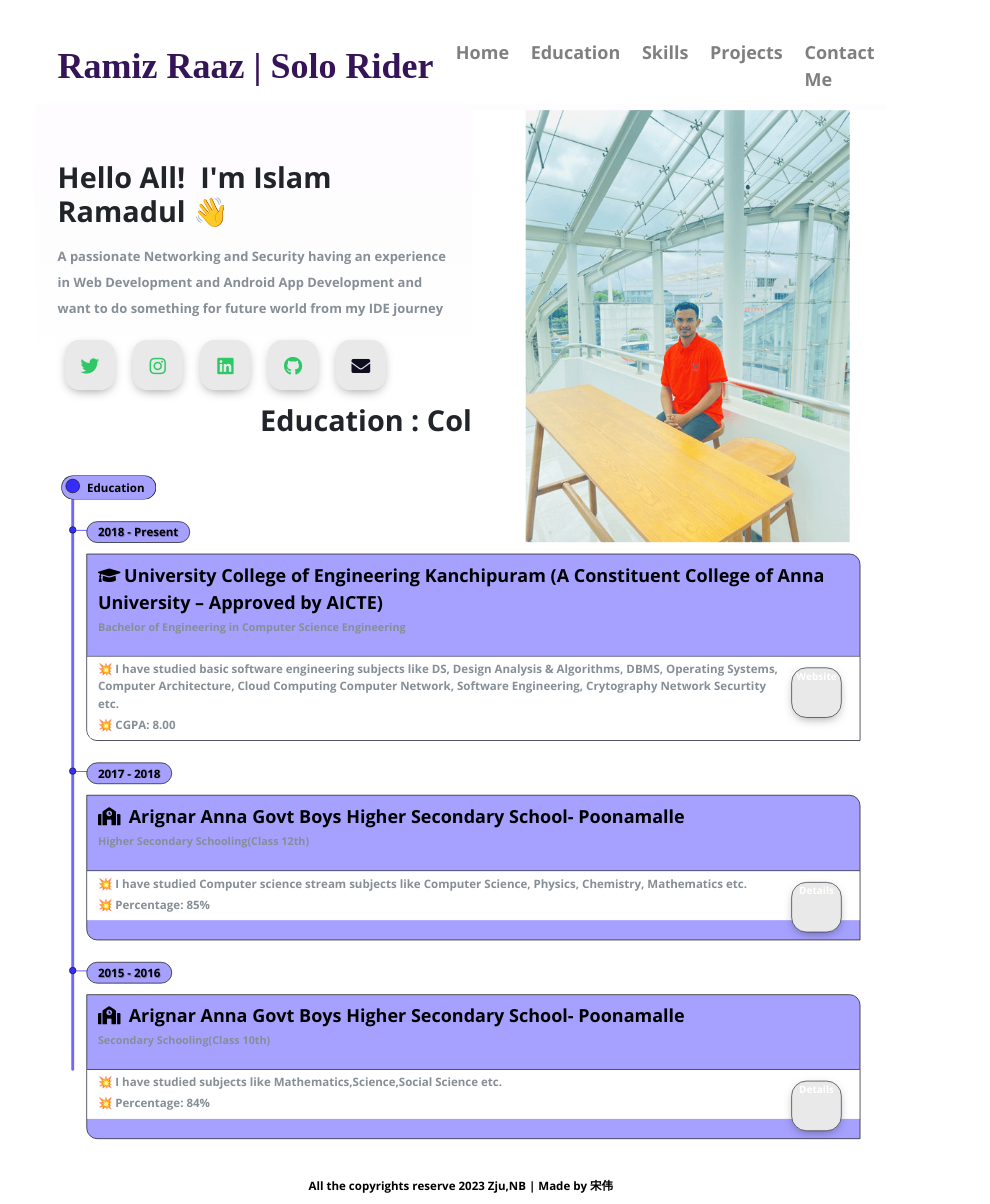
Repository: ramizraaz/ZjuProtfolio
Page: index.html
An editor plug-in stored every save of this project. The page is shown before and after the next save, followed by the edit.
The browser window is 1280 px wide. The page is 1280 px wide, then 1375 px, then 1280 px, so the pictures cover 1375 px, including what lies to the right of the window. The pictures show the whole page, at 72% of full size.
Some web fonts or font styles are not loaded; a fallback is used. Some web libraries are served in a nearby version.

Above is the page before, as saved 2023-10-08 16:57:17.

### index.html
<!DOCTYPE html>
<html lang="en" dir="ltr">

<head>
    <meta charset="utf-8">
    <meta name="viewport" content="width=device-width,initial-scale=1">
    <title>宋伟's Profile | Personal website</title>
    <link rel="icon" href="Image/RR.png">
    <link rel="stylesheet" href="https://stackpath.bootstrapcdn.com/bootstrap/4.5.0/css/bootstrap.min.css" integrity="sha384-9aIt2nRpC12Uk9gS9baDl411NQApFmC26EwAOH8WgZl5MYYxFfc+NcPb1dKGj7Sk" crossorigin="anonymous">
    <link rel="stylesheet" href="style.css">
    <link href="https://fonts.googleapis.com/css2?family=Arizonia&family=Montserrat:wght@400;800&display=swap" rel="stylesheet">
    <link href="https://fonts.googleapis.com/css2?family=Open+Sans:wght@700&display=swap" rel="stylesheet">
    <link rel="stylesheet" href="https://use.fontawesome.com/releases/v5.4.1/css/all.css" />
    <link rel="stylesheet" href="https://cdnjs.cloudflare.com/ajax/libs/font-awesome/5.13.1/css/all.min.css">
    <script src="https://code.jquery.com/jquery-3.5.1.slim.min.js" integrity="sha384-DfXdz2htPH0lsSSs5nCTpuj/zy4C+OGpamoFVy38MVBnE+IbbVYUew+OrCXaRkfj" crossorigin="anonymous"></script>
    <script src="https://cdn.jsdelivr.net/npm/popper.js@1.16.0/dist/umd/popper.min.js" integrity="sha384-Q6E9RHvbIyZFJoft+2mJbHaEWldlvI9IOYy5n3zV9zzTtmI3UksdQRVvoxMfooAo" crossorigin="anonymous"></script>
    <script src="https://stackpath.bootstrapcdn.com/bootstrap/4.5.0/js/bootstrap.min.js" integrity="sha384-OgVRvuATP1z7JjHLkuOU7Xw704+h835Lr+6QL9UvYjZE3Ipu6Tp75j7Bh/kR0JKI" crossorigin="anonymous"></script>
</head>

<body class="container-fluid body_section">
    <header>
        <nav class="navbar navbar-expand-lg navbar-light ">
            <a class="navbar-brand brand-name" href="#">Ramiz Raaz | Solo Rider</a>
            <button class="navbar-toggler" type="button" data-toggle="collapse" data-target="#navbarSupportedContent" aria-controls="navbarSupportedContent" aria-expanded="false" aria-label="Toggle navigation">
                  <span class="navbar-toggler-icon"></span>
                </button>
            <div class="collapse navbar-collapse" id="navbarSupportedContent">
                <ul class="navbar-nav ml-auto">
                    <li class="nav-item">
                        <a class="nav-link headerachor" href="index.html">Home</a>
                    </li>

                    <li class="nav-item">
                        <a class="nav-link headerachor" href="">Education</a>
                    </li>
                    <li class="nav-item">
                        <a class="nav-link headerachor" href="">Skills</a>
                    </li>
                    <li class="nav-item">
                        <a class="nav-link headerachor" href="">Projects</a>
                    </li>
                    <li class="nav-item">
                        <a class="nav-link headerachor" href="">Contact Me</a>
                    </li>
                </ul>
        </nav>
    </header>
    <!-- Intro Section -->
    <section id="Home">
        <div class="row column1">
            <div class="col-lg-6 col-md-6 first-image">
                <img class="boyimage" src="img/me.gif" alt="">
            </div>
            <div class="col-lg-6 section-1">
                <h1 class="Hello">Hello All!&nbsp&nbspI'm Islam Ramadul <span class="wave">👋</span></h1>
                <p>A passionate Networking and Security having an experience in Web Development and Android App Development and want to do something for future world from my IDE journey</p>
                <div class=social_media_icon>
                    <a class="btn" href="https://twitter.com/ramiz_raaz" target=_blank>
                        <i class="fab fa-twitter"></i>
                    </a>
                    <a class="btn" href="https://www.instagram.com/ramiz_raaz/" target=_blank>
                        <i class="fab fa-instagram"></i>
                    </a>
                    <a class="btn" href="https://www.linkedin.com/" target=_blank>
                        <i class="fab fa-linkedin" aria-hidden="true"></i>
                    </a>
                    <a class="btn" href="https://github.com/ramizraaz" target=_blank>
                        <i class="fab fa-github"></i>
                    </a>
                    <a class="btn" href="mailto:romiz.romeo.raaz@gmail.com/" target=_blank>
                        <i class="fa fa-envelope"></i>
                    </a>
                </div>
            </div>
    </section>
    <!-- Education Section -->
    <section>
        <div class="container">
            <div class="Heading">
                <h1>Education : College & School</h1>
                <br>
            </div>
            <div class="timeline">
                <div class="timeline-month">
                    Education
                </div>
                <div class="timeline-section">
                    <div class="timeline-date">
                        2018 - Present
                    </div>
                    <div class="row">
                        <div class="col-lg">
                            <div class="timeline-box">
                                <div class="box-title">
                                    <i class="fas fa-graduation-cap" aria-hidden="true"></i>University College of Engineering Kanchipuram (A Constituent College of Anna University – Approved by AICTE)
                                    <p class="degree">Bachelor of Engineering in Computer Science Engineering</p>
                                </div>
                                <div class="box-content">
                                    <a class="btn btn-sm btn-dark float-right" role="button" href="http://www.aucek.in/" target=_blank style="color: white;">Website</a>
                                    <div class="box-item">💥 I have studied basic software engineering subjects like DS, Design Analysis & Algorithms, DBMS, Operating Systems, Computer Architecture, Cloud Computing Computer Network, Software Engineering, Crytography Network
                                        Securtity etc.</div>
                                    <div class="box-item"><b>💥 CGPA</b>: 8.00</div>
                                </div>
                            </div>
                        </div>
                    </div>
                </div>

                <div class="timeline-section">
                    <div class="timeline-date">
                        2017 - 2018
                    </div>
                    <div class="row">
                        <div class="col-lg">
                            <div class="timeline-box">
                                <div class="box-title">
                                    <i class="fas fa-school" aria-hidden="true"></i> Arignar Anna Govt Boys Higher Secondary School- Poonamalle
                                    <p class="degree">Higher Secondary Schooling(Class 12th)</p>
                                </div>
                                <div class="box-content">
                                    <a class="btn btn-sm btn-dark float-right" role="button" style="color: white;">Details</a>
                                    <div class="box-item">💥 I have studied Computer science stream subjects like Computer Science, Physics, Chemistry, Mathematics etc. </div>
                                    <div class="box-item"><b>💥 Percentage</b>: 85%</div>

                                </div>
                            </div>
                        </div>
                    </div>
                </div>

                <div class="timeline-section">
                    <div class="timeline-date">
                        2015 - 2016
                    </div>
                    <div class="row">
                        <div class="col-lg">
                            <div class="timeline-box">
                                <div class="box-title">
                                    <i class="fas fa-school" aria-hidden="true"></i> Arignar Anna Govt Boys Higher Secondary School- Poonamalle
                                    <p class="degree"> Secondary Schooling(Class 10th) </p>
                                </div>
                                <div class="box-content">
                                    <a class="btn btn-sm btn-dark float-right" role="button" style="color: white;">Details</a>
                                    <div class="box-item">💥 I have studied subjects like Mathematics,Science,Social Science etc. </div>
                                    <div class="box-item"><b>💥 Percentage</b>: 84%</div>

                                </div>
                            </div>
                        </div>
                    </div>
                </div>
            </div>
        </div>
    </section>

    </form>
    <footer class=footer>All the copyrights reserve 2023 Zju,NB | Made by 宋伟</footer>
</body>

</html>

### style.css
body {
    font-family: 'Open Sans', sans-serif;
    margin: 0;
}

.body_section {
    padding: 3% 5% 1%;
}

p {
    font-size: 18px;
}

a {
    text-decoration: none;
}

@font-face {
    font-family: "Lovely Home";
    src: local('Lovely Home'), url("Image/LovelyHome-9aBZ.ttf") format('truetype');
}

.brand-name,
.navbar-light .navbar-brand {
    font-family: "Lovely Home";
    font-size: 50px;
    font-weight: bold;
    color: #075786;
}

.headerachor {
    color: black;
    margin: 0 7px 0 7px;
    border-radius: 20px;
    font-size: 25px;
}

.headerachor:hover {
    background-color: #8c8a8a;
}


/* Section 1 */

.column1 {
    background-image: linear-gradient(#fefcfe, #ffffff);
    padding: 8px 16px;
}

.section-1 {
    margin-top: 6%;
    text-align: left;
    position: relative;
}

span.wave {
    animation-name: wave-animation;
    animation-duration: 2.5s;
    animation-iteration-count: infinite;
    transform-origin: 70% 70%;
    display: inline-block;
}

@keyframes wave-animation {
    0% {
        transform: rotate( 0.0deg)
    }
    10% {
        transform: rotate(-10.0deg)
    }
    20% {
        transform: rotate( 12.0deg)
    }
    30% {
        transform: rotate(-10.0deg)
    }
    40% {
        transform: rotate( 9.0deg)
    }
    50% {
        transform: rotate( 0.0deg)
    }
    100% {
        transform: rotate( 0.0deg)
    }
}

.first-image {
    position: absolute;
    right: 0;
}

.boyimage {
    height: 50%;
}

@media only screen and (max-width: 1183px) {
    .first-image {
        right: 160px;
    }
}

.boy {
    width: 100%;
    height: 100%;
    animation: bounce 1.2s;
    animation-direction: alternate;
    animation-iteration-count: infinite;
}

@keyframes bounce {
    from {
        transform: translate3d(0, 0, 0);
    }
    to {
        transform: translate3d(0, 20px, 0);
    }
}

.Image-boy {
    text-align: center;
    align-items: center;
}

@media only screen and (min-width:951px) {
    .Image-boy {
        display: none;
    }
}

.Hello {
    margin-bottom: 20px;
}

p {
    line-height: 2;
    color: #868e96;
}

.btn {
    display: inline-block;
    width: 4.37rem;
    height: 4.37rem;
    background: #e9e9e9;
    padding: 0px 0px;
    margin: 10px;
    border-radius: 30%;
    box-shadow: 0 5px 15px -5px #00000070;
    color: #0f0d20;
    overflow: hidden;
    position: relative;
}

.btn i {
    line-height: 70px;
    font-size: 1.625rem;
    transition: 0.2s linear;
}

.btn:hover i {
    transform: scale(1.3);
    color: #f1f1f1;
}

.btn::before {
    content: "";
    position: absolute;
    width: 120%;
    height: 120%;
    background: #46088d;
    transform: rotate(45deg);
    left: -110%;
    top: 90%;
}

.btn:hover::before {
    animation: aaa 0.7s 1;
    top: -10%;
    left: -10%;
}

@media only screen and (max-width:470px) {
    .btn {
        width: 2.5rem;
        height: 2.5rem;
        margin: 7px;
    }
    .btn i {
        line-height: 40px;
        font-size: 1em;
    }
}

#Whatido {
    text-align: center;
    padding-top: 7%;
}


/* Section 2 */

.feature-1 {
    padding-top: 5%;
    text-align: center;
}

.feature-2 {
    padding-top: 5%;
    text-align: center;
}

.feature-3 {
    padding-top: 5%;
    padding-bottom: 20px;
    text-align: center;
}

.Feature-Heading {
    font-family: "Montserrat";
    font-weight: 300;
}

.Feature-first-image {
    padding: 0 2% 10%;
}

.Feature-second-image {
    padding: 5% 2% 0;
}

.Feature-svg-image {
    width: 100%;
    height: 100%;
}

.Feature-svg-image-3 {
    width: 84%;
    height: 84%;
}

.dev-icon {
    list-style: none;
    display: inline;
    padding: 0%;
}

.numpy {
    max-width: 100%;
    width: 30%;
    height: 30%;
    padding-bottom: 7%;
}

.pandas {
    max-width: 100%;
    max-height: 100%;
    width: 23%;
    height: 15%;
    padding-bottom: 7%;
    padding-left: 0;
}

li {
    display: inline;
}

.Data-Analytic {
    text-align: left;
}

.Features-paragraph {
    margin-top: 8px;
    margin-bottom: 8px;
}

@media only screen and (max-width: 764px) {
    .feature-2 {
        display: flex;
        flex-direction: column;
    }
    .feature-web {
        order: 2;
    }
    .brand-name,
    .navbar-light .navbar-brand {
        /* font-family: "Brush Script MT"; */
        /* margin-bottom: 3px; */
        font-family: "Lovely Home";
        font-size: 40px;
        font-weight: bold;
        color: #351458;
    }
}

@media only screen and (max-width: 991px) and (min-width: 951px) {
    .section-1 {
        margin-top: auto;
        padding-right: 400px;
    }
}

@media only screen and (max-width: 950px) {
    body,
    html {
        text-align: center;
        font-size: 16px;
        line-height: normal;
    }
    .Hello {
        margin-bottom: 10px;
    }
    h1 {
        font-size: 25px;
    }
    p {
        font-size: 15px;
        line-height: normal;
    }
    .section-1 {
        text-align: center;
    }
    .first-image {
        display: none;
    }
    .pandas {
        width: 23%;
        height: 15%;
    }
}

footer {
    padding-top: 2%;
    color: #868e96;
    text-align: center;
}

.jc {
    background-color: white;
    border: 2px solid black;
    color: rgb(12, 12, 12);
    padding: 10px 49px;
    text-align: center;
    display: inline-block;
    font-size: 13px;
    margin: 5px 90%;
    cursor: pointer;
    width: fit-content;
}


/* Education CSS */

body {
    font-family: 'Open Sans', sans-serif;
    font-weight: 700;
    margin: 0;
}

.body_section {
    padding: 3% 5% 1%;
}

a {
    text-decoration: none;
}

@font-face {
    font-family: "Lovely Home";
    src: local('Lovely Home'), url("Image/LovelyHome-9aBZ.ttf") format('truetype');
}

.brand-name,
.navbar-light .navbar-brand {
    /* font-family: "Brush Script MT"; */
    /* margin-bottom: 3px; */
    font-family: "Lovely Home";
    font-size: 50px;
    font-weight: bold;
    color: #351458;
}

@media only screen and (max-width: 764px) {
    .brand-name,
    .navbar-light .navbar-brand {
        font-family: "Lovely Home";
        font-size: 40px;
        font-weight: bold;
        color: #351458;
    }
}

.headerachor {
    color: black;
    margin: 0 7px 0 7px;
    font-size: 25px;
}

.headerachor:hover {
    background-color: #f1f1f1;
}

#Section1 {
    padding: 7% 0 3%;
}

.Programming {
    width: 100%;
    height: 100%;
}

.Coding {
    padding-top: 3%;
    text-align: center;
}

.competitive_icon li {
    margin: 0 2% 0;
    list-style: none;
    display: inline;
}

.fab {
    color: #2ec866;
}

.fab:hover {
    color: black;
}

.iconify {
    color: gray;
    margin-bottom: 40px;
}

.iconify:hover {
    color: black;
}

.Heading {
    text-align: center;
}

.timeline {
    margin-top: 20px;
    position: relative;
}

.timeline:before {
    position: absolute;
    content: '';
    width: 4px;
    height: calc(100% - 100px);
    background: #6F67FF;
    left: 14px;
    top: 5px;
    border-radius: 4px;
}

.timeline-month {
    color: black;
    position: relative;
    padding: 4px 15px 4px 35px;
    background-color: #a6a1ff;
    display: inline-block;
    width: auto;
    border-radius: 40px;
    border: 1px solid #17191B;
    border-right-color: black;
    margin-bottom: 30px;
}

.timeline-month span {
    position: absolute;
    top: -1px;
    left: calc(100% - 100px);
    z-index: -1;
    white-space: nowrap;
    display: inline-block;
    background-color: #111;
    padding: 4px 10px 4px 20px;
    border-top-right-radius: 40px;
    border-bottom-right-radius: 40px;
    border: 1px solid black;
    box-sizing: border-box;
}

.timeline-month:before {
    position: absolute;
    content: '';
    width: 20px;
    height: 20px;
    background: #362CFF;
    border-radius: 100%;
    border: 1px solid #17191B;
    left: 5px;
}

.timeline-section {
    padding-left: 35px;
    display: block;
    position: relative;
    margin-bottom: 30px;
}

.timeline-date {
    margin-bottom: 15px;
    padding: 2px 15px;
    background: #a6a1ff;
    position: relative;
    display: inline-block;
    border-radius: 20px;
    border: 1px solid #17191B;
    color: black;
    text-shadow: 1px 1px 1px rgba(0, 0, 0, 0.3);
}

.timeline-section:before {
    content: '';
    position: absolute;
    width: 30px;
    height: 1px;
    background-color: #362CFF;
    top: 12px;
    left: 20px;
}

.timeline-section:after {
    content: '';
    position: absolute;
    width: 10px;
    height: 10px;
    background: #362CFF;
    top: 7px;
    left: 11px;
    border: 1px solid #17191B;
    border-radius: 100%;
}

.timeline-box {
    position: relative;
    color: black;
    background-color: #a6a1ff;
    border-radius: 15px;
    border-top-left-radius: 0px;
    border-bottom-right-radius: 0px;
    border: 1px solid #17191B;
    transition: all 0.3s ease;
    overflow: hidden;
}

.box-icon {
    position: absolute;
    right: 5px;
    top: 0px;
}

.box-title {
    padding: 10px 15px;
    font-size: 25px;
    border-bottom: 1px solid #17191B;
}

.degree {
    font-size: 15px;
}

.box-title i {
    margin-right: 5px;
}

.box-content {
    padding: 5px 15px;
    background-color: white;
}

.box-item {
    margin-bottom: 5px;
    color: #868e96;
    font-weight: 400;
}

.certificate {
    padding-top: 20px;
}

.certificate-text {
    text-align: center;
}

.box-shadow {
    box-shadow: 5px 5px 5px #d9dbdf;
}

.jc {
    background-color: white;
    border: 2px solid black;
    color: rgb(12, 12, 12);
    padding: 10px 49px;
    text-align: center;
    display: inline-block;
    font-size: 13px;
    margin: 5px 90%;
    cursor: pointer;
    width: fit-content;
}

footer {
    padding-top: 2%;
    color: #000000;
    text-align: center;
}

After the next save:
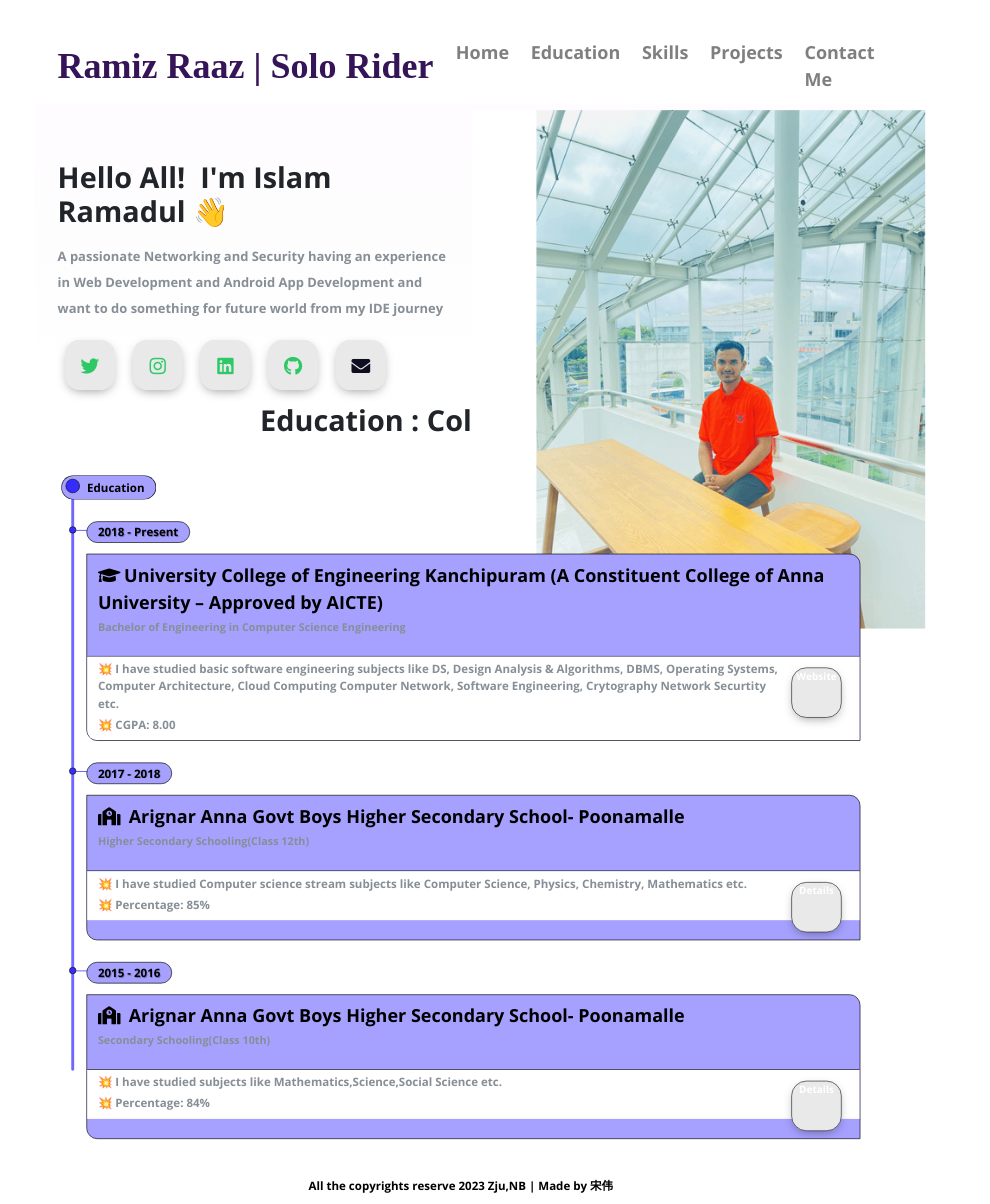
Saved 17 s later.
--- a/style.css
+++ b/style.css
@@ -91,7 +91,7 @@
 }
 
 .boyimage {
-    height: 50%;
+    height: 100vh;
 }
 
 @media only screen and (max-width: 1183px) {

After the save that followed:
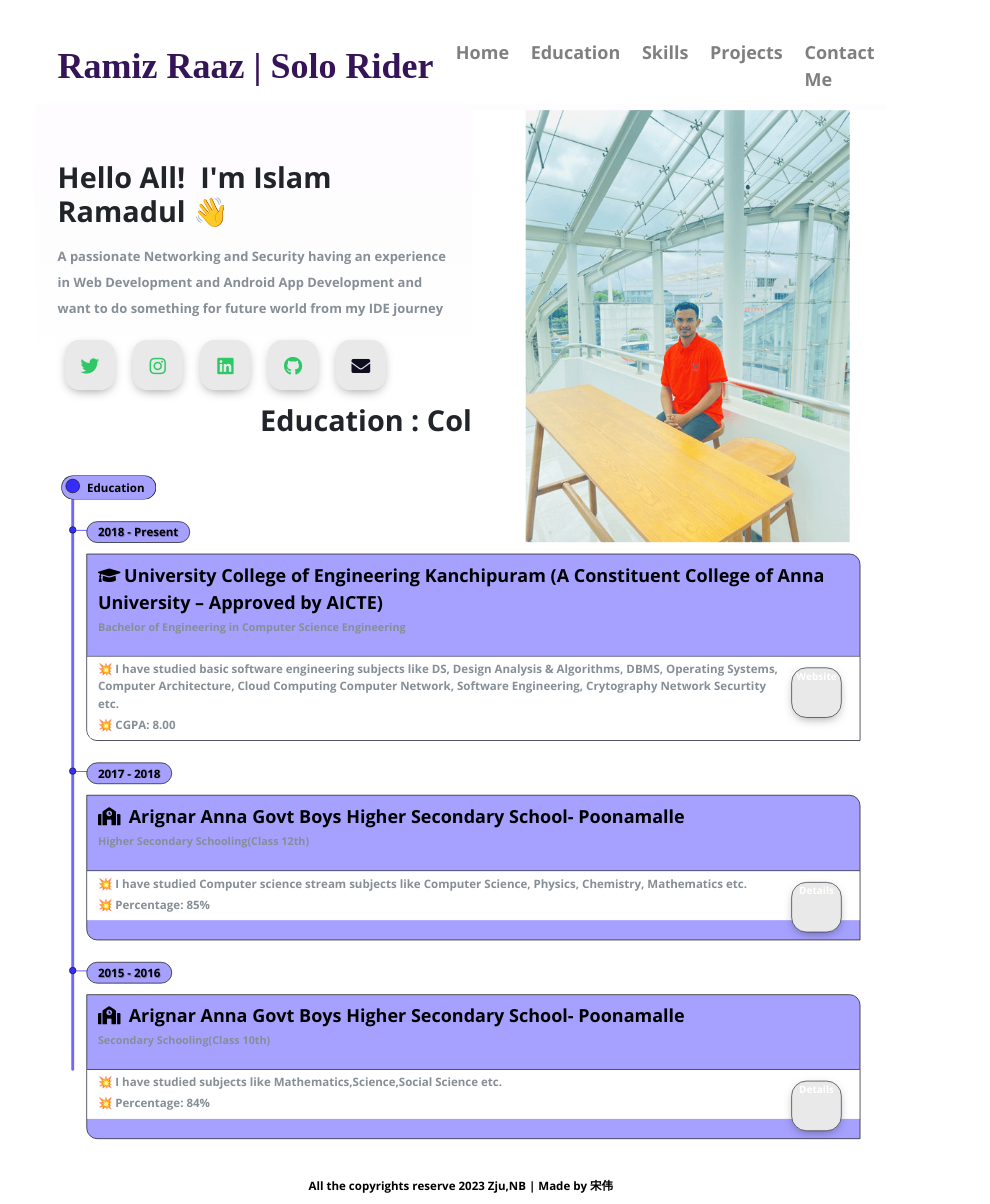
Saved 9 s later.
--- a/style.css
+++ b/style.css
@@ -91,7 +91,7 @@
 }
 
 .boyimage {
-    height: 100vh;
+    height: fit-content;
 }
 
 @media only screen and (max-width: 1183px) {
